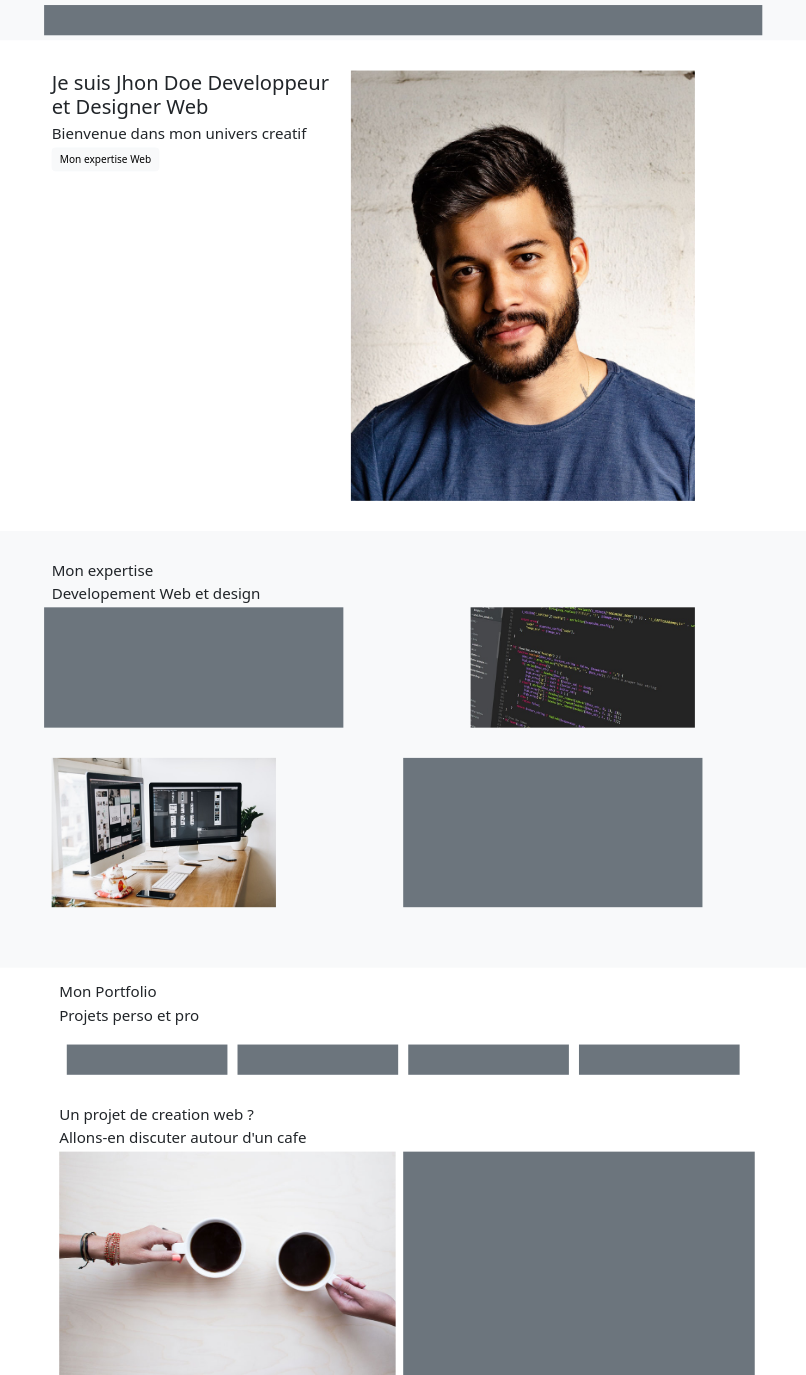
Repository: wadelfadill/Bootstrap_tache_1_portfolio
Page: index.html
These files come from the project's save history. The page is drawn as it stood at one moment and after the next save; the edit follows.
The browser window is 1280 px wide. The pictures show the whole page, at 63% of full size.

Above is the page before, as saved 2023-03-27 13:14:52.

After the next save:
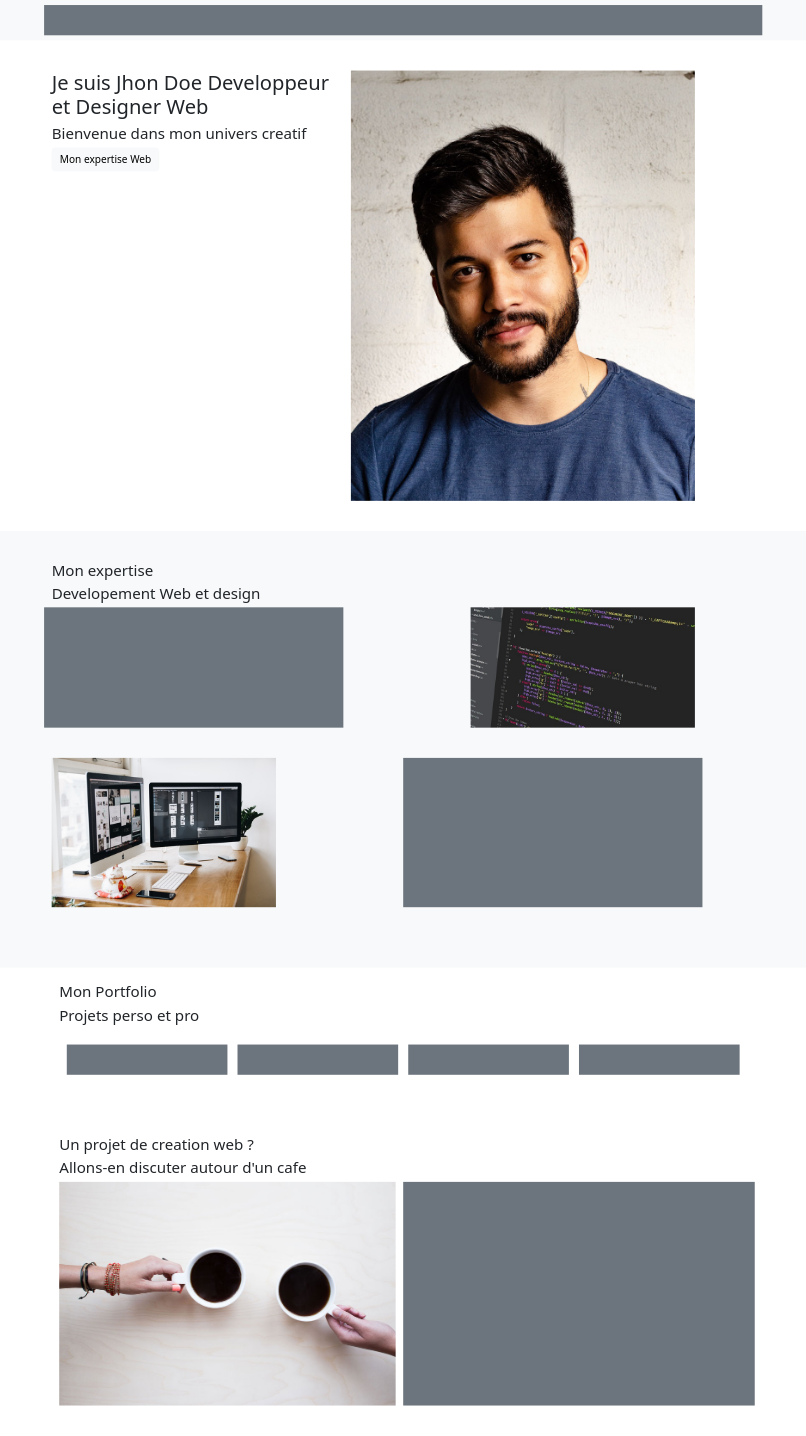
Saved 27 s later.
--- a/index.html
+++ b/index.html
@@ -69,7 +69,7 @@
                 </div>
             </div>
         </section>
-        <section class="container">
+        <section class="container py-5">
             <div class="container">
                 <p class="h4">Un projet de creation web ?</p>
                 <p class="h4">Allons-en discuter autour d'un cafe</p>
